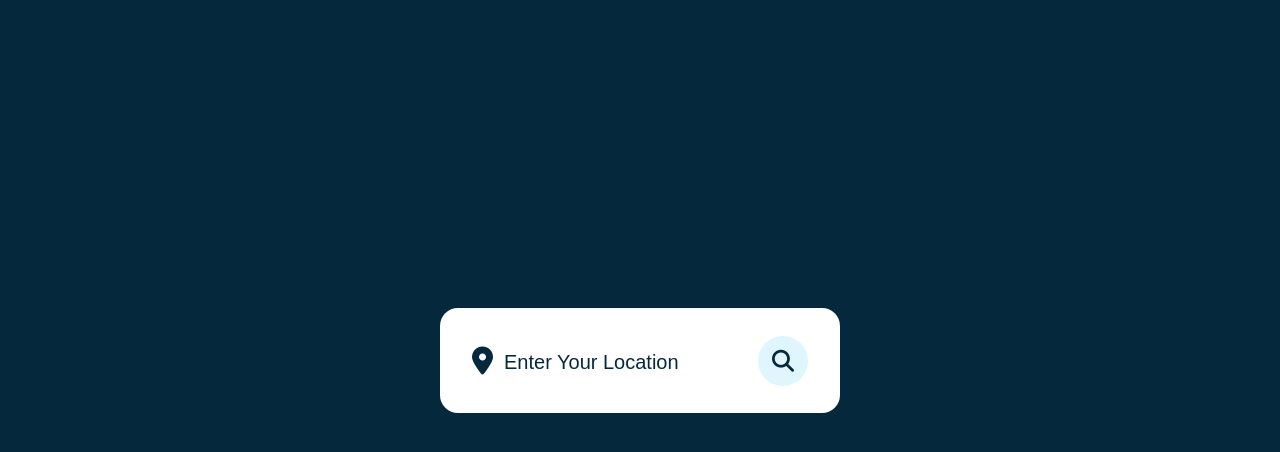
Repository: Pr1s0n3r627/weather
Page: index.html
These files come from the project's save history. The page is drawn as it stood at one moment and after the next save; the edit follows.
The browser window is 1280 px wide. The pictures show the whole page.
Some web libraries are served in a nearby version.

Above is the page before, as saved 2024-05-19 00:10:39.

After the next save:
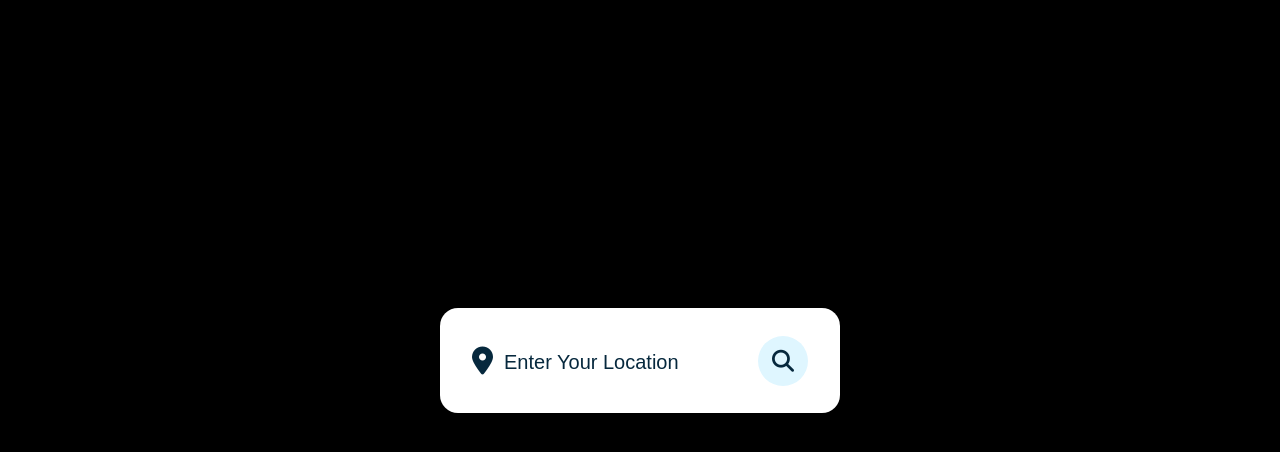
Saved 30 s later.
--- a/style.css
+++ b/style.css
@@ -11,7 +11,7 @@ body{
     display: flex;
     align-items: center;
     justify-content: center;
-    background: #06283D;
+    background: #000000;
 }
 
 .container{
